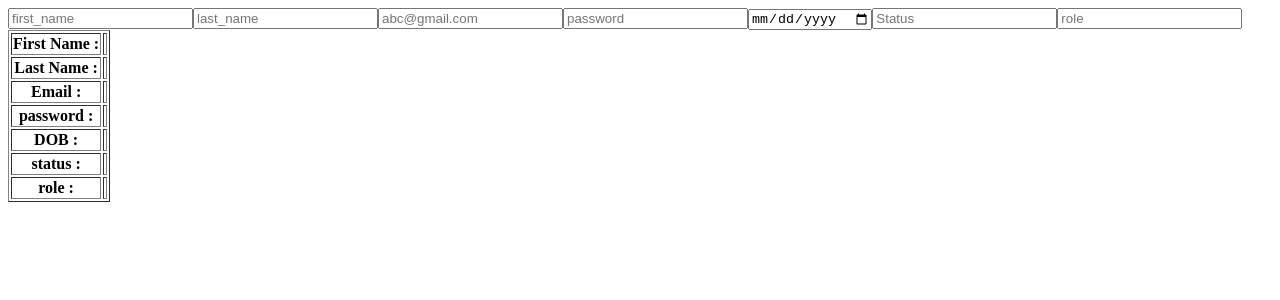
Repository: KD3-86718-yagywalky/Advance-java
Page: Assignment02/secondapp/src/main/webapp/newuser.html
These files come from the project's save history. The page is drawn as it stood at one moment and after the next save; the edit follows.
The browser window is 1280 px wide. The pictures show the whole page.

Above is the page before, as saved 2024-12-03 14:11:01.

### Assignment02/secondapp/src/main/webapp/newuser.html
<!DOCTYPE html>
<html>
<head>
<meta charset="ISO-8859-1">
<link rel="stylesheet" href="index.css">
<title>New User</title>
</head>
<body>
	<form action="registrationcandidate">
	<table border="1">
	<tr> <th>First Name :</th> <input type="text" placeholder="first_name" /> <th></th></tr>
	<tr> <th>Last Name :</th> <input type="text" placeholder="last_name" /> <th></th></tr>
	<tr> <th>Email   :</th> <input type="email" placeholder="abc@gmail.com" /> <th></th></tr>
	<tr> <th> password  :</th> <input type="text" placeholder="password" /> <th></th></tr>
	<tr> <th> DOB   :</th> <input type="Date" placeholder="date" /> <th></th></tr>
	<tr> <th> status   :</th> <input type="number" placeholder="Status" /> <th></th></tr>
	<tr> <th> role    :</th> <input type="text" placeholder="role" /> <th></th></tr>

	</table>

	<a ></a>
	</form>

</body>
</html>

### Assignment02/secondapp/src/main/webapp/index.css
@charset "ISO-8859-1";

h1 {
	background-color: black;
	color: white;
	border: solid;
	margin: 50px;
}

div {
	border: thick;
	border-color: #004080;
	height: 300px;
	width: 300px;

}

After the next save:
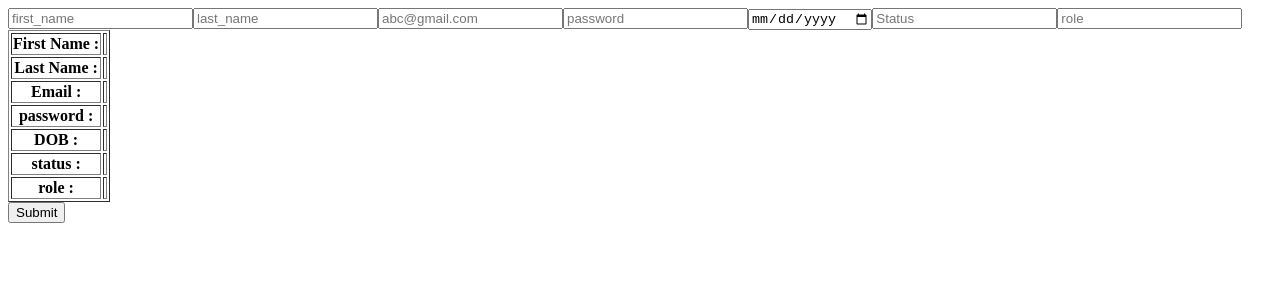
Saved 4 s later.
--- a/Assignment02/secondapp/src/main/webapp/newuser.html
+++ b/Assignment02/secondapp/src/main/webapp/newuser.html
@@ -6,7 +6,7 @@
 <title>New User</title>
 </head>
 <body>
-	<form action="registrationcandidate">
+	<form action="registrationcandidate" method="post">
 	<table border="1">
 	<tr> <th>First Name :</th> <input type="text" placeholder="first_name" /> <th></th></tr>
 	<tr> <th>Last Name :</th> <input type="text" placeholder="last_name" /> <th></th></tr>
@@ -18,7 +18,7 @@
 
 	</table>
 
-	<a ></a>
+	<input type="submit" value="Submit"/>
 	</form>
 
 </body>
